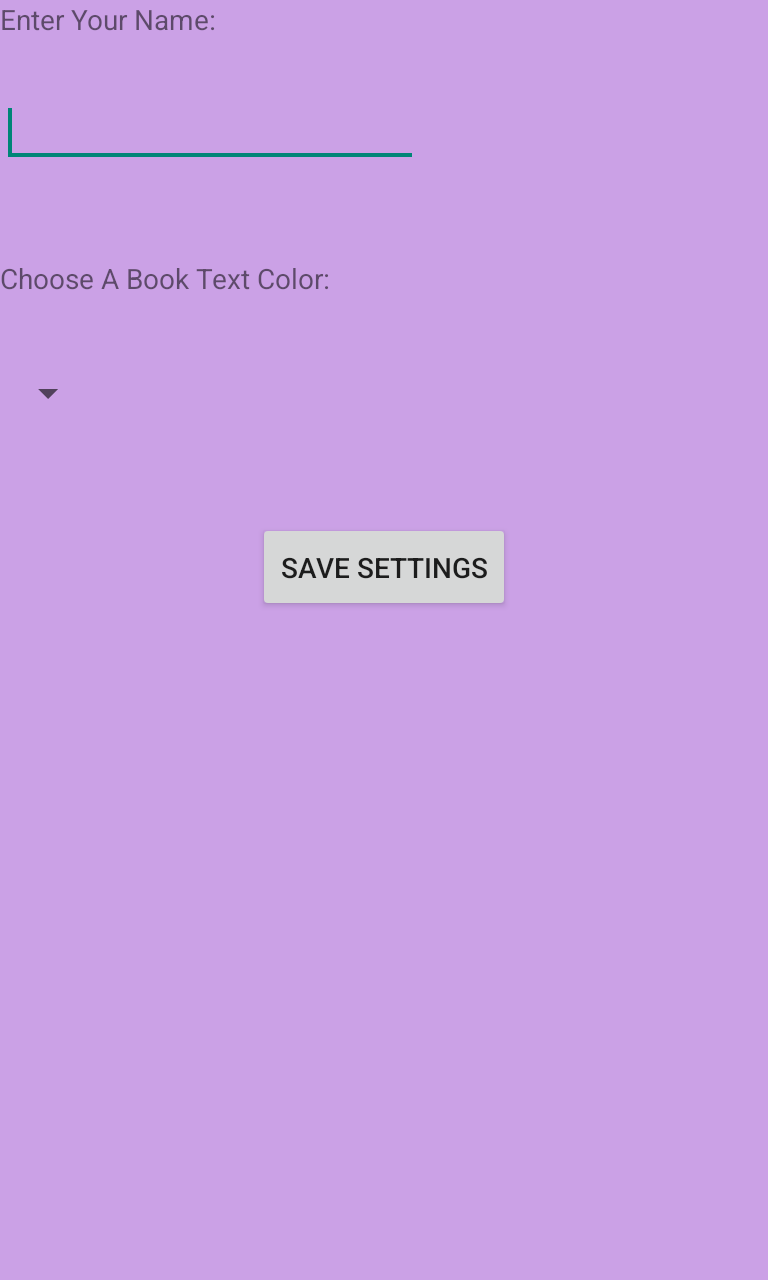
Repository: arianaantonio/MDF3_Antonio
Layout: Readable/res/layout/activity_main.xml
An editor plug-in stored every save of this project. The layout is shown before and after a run of saves, followed by the edit.
It is drawn on a 768 x 1280 px phone screen (xhdpi) without system bars, with theme AppTheme; the app's code is not run.

Above is the layout before, as saved 2014-08-21 02:13:48.

### Readable/res/layout/activity_main.xml
<RelativeLayout xmlns:android="http://schemas.android.com/apk/res/android"
    xmlns:tools="http://schemas.android.com/tools"
    android:layout_width="match_parent"
    android:layout_height="match_parent"
    tools:context="${relativePackage}.${activityClass}"
    android:background="@color/lavender" >

    <TextView
        android:id="@+id/textView1"
        android:layout_width="wrap_content"
        android:layout_height="wrap_content"
        android:text="@string/username" />

    <EditText
        android:id="@+id/editText1"
        android:layout_width="wrap_content"
        android:layout_height="wrap_content"
        android:layout_alignParentLeft="true"
        android:layout_below="@+id/textView1"
        android:layout_marginTop="25dp"
        android:ems="10" >

        <requestFocus />
    </EditText>

    <TextView
        android:id="@+id/textView2"
        android:layout_width="wrap_content"
        android:layout_height="wrap_content"
        android:layout_alignParentLeft="true"
        android:layout_below="@+id/editText1"
        android:layout_marginTop="44dp"
        android:text="@string/backgroundColor" />

    <Spinner
        android:id="@+id/spinner1"
        android:layout_width="wrap_content"
        android:layout_height="wrap_content"
        android:layout_alignParentLeft="true"
        android:layout_below="@+id/textView2"
        android:layout_marginTop="36dp" />

    <Button
        android:id="@+id/button1"
        android:layout_width="wrap_content"
        android:layout_height="wrap_content"
        android:layout_below="@+id/spinner1"
        android:layout_centerHorizontal="true"
        android:layout_marginTop="51dp"
        android:text="@string/button" />

</RelativeLayout>

### Readable/res/values/strings.xml
<?xml version="1.0" encoding="utf-8"?>
<resources>

    <string name="app_name">Readable</string>
    <string name="username">Enter Your Name:</string>
    <string name="nextBook">Next Book:</string>
    <color name="lavender">#cba1e6</color>
    <string name="backgroundColor">Choose A Book Text Color:</string>
    <string name="button">Save Settings</string>
    <dimen name="widget_margin">8dp</dimen>
    <string name="widget_button">Book Details On Amazon</string>
    <string name="detailactivity">Book Details</string>
    <color name="black">#000000</color>
    <string name="name">Enter Name</string>

</resources>

Loaded but not shown: Readable/res/values/styles.xml (common file); Readable/res/values-v11/styles.xml (common file); Readable/res/values-v14/styles.xml (common file)

After the next 2 saves:
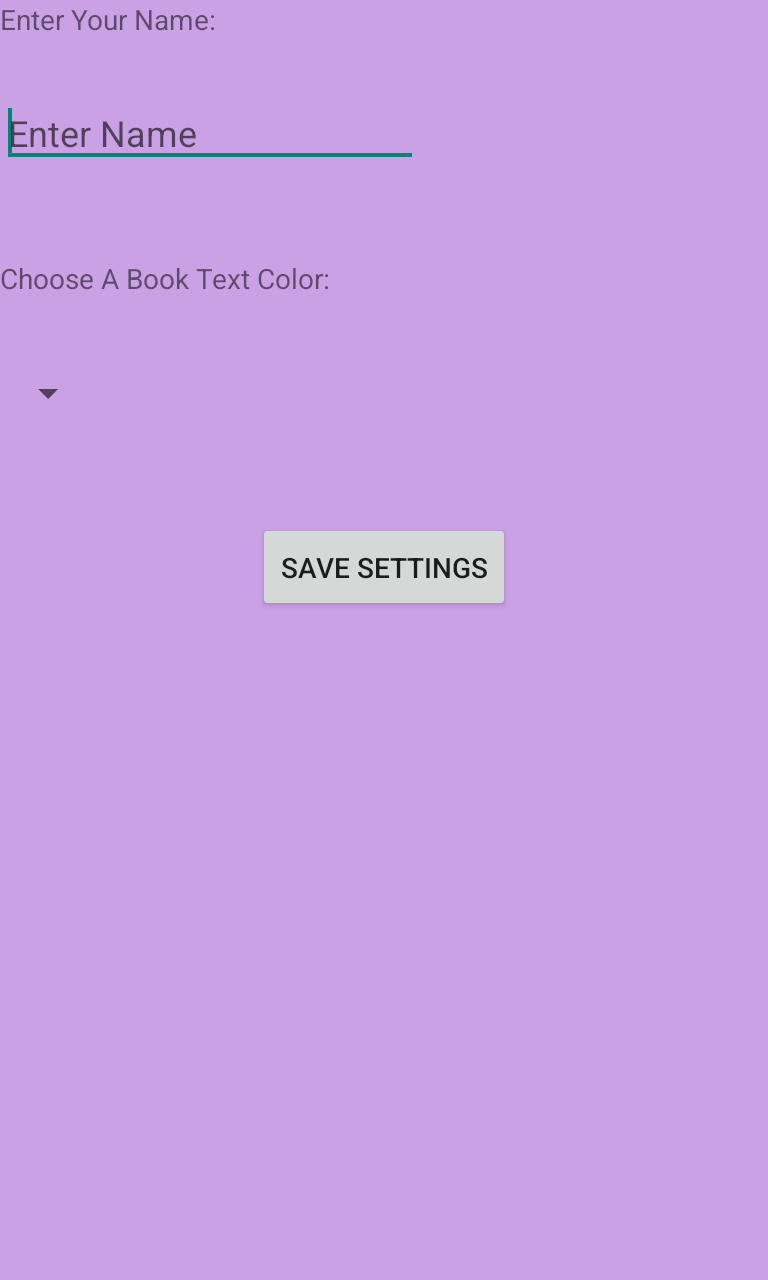
The 2 saves are shown as one change because 1 did not build or start.
The last was saved 43 s later.
--- a/Readable/res/layout/activity_main.xml
+++ b/Readable/res/layout/activity_main.xml
@@ -18,7 +18,8 @@
         android:layout_alignParentLeft="true"
         android:layout_below="@+id/textView1"
         android:layout_marginTop="25dp"
-        android:ems="10" >
+        android:ems="10"
+        android:hint="@string/name" >
 
         <requestFocus />
     </EditText>
